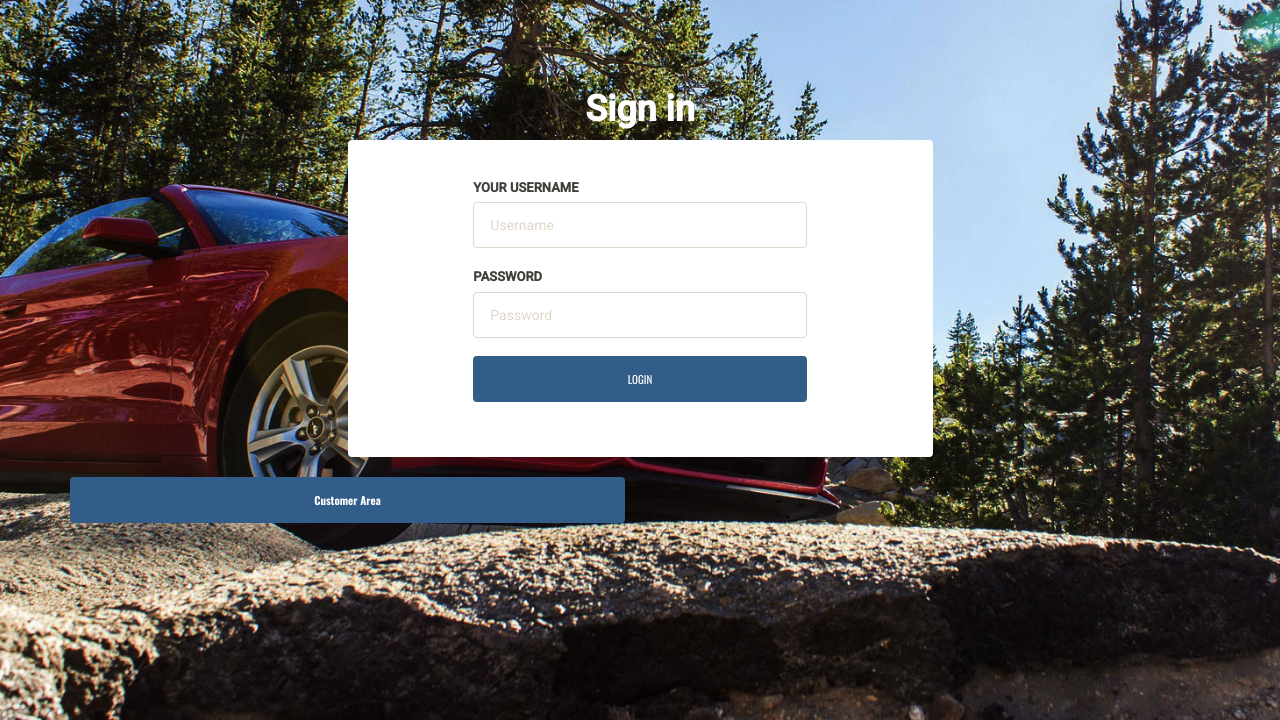
Repository: vincent254-hub/OCHMIS
Page: http://localhost/admin/
These files come from the project's save history. The page is drawn as it stood at one moment and after the next save; the edit follows.
The browser window is 1280 px wide. The pictures show the whole page.
The page is run by PHP 8.4 with error messages shown; the project is at /var/www/html/.

Above is the page before, as saved 2024-04-24 18:31:41.

After the next save:
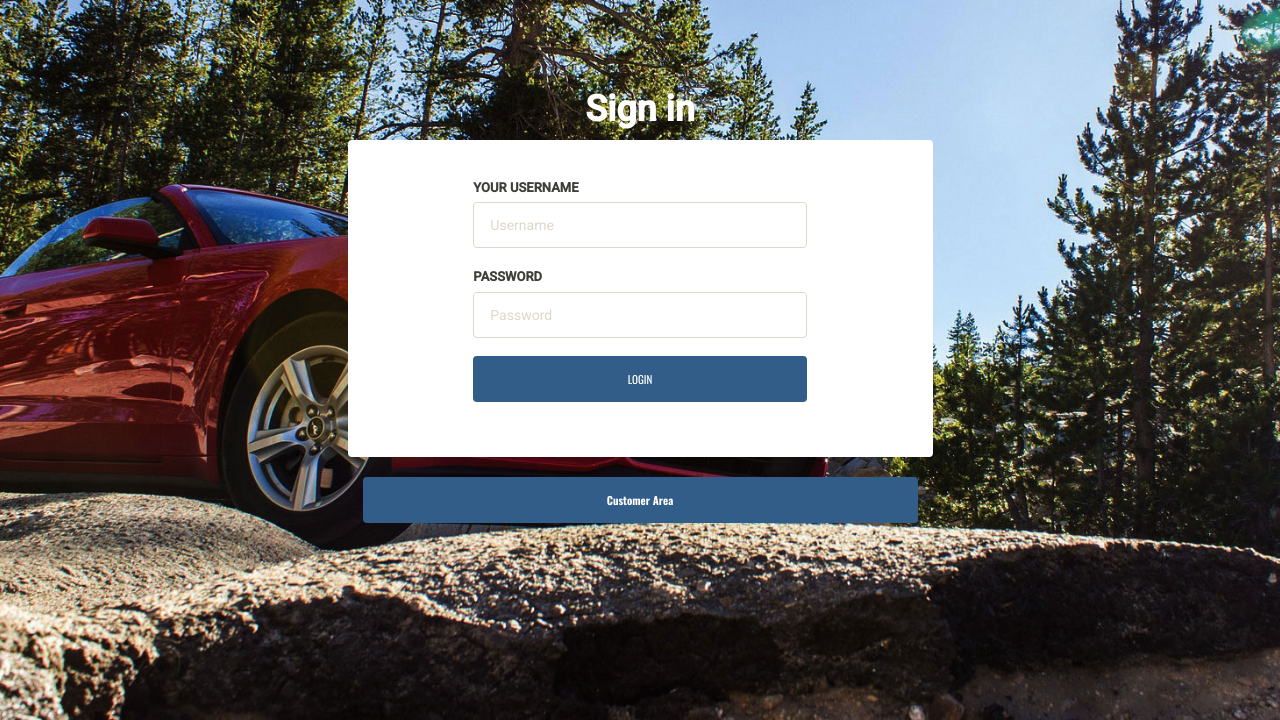
Saved 20 s later.
--- a/admin/index.php
+++ b/admin/index.php
@@ -73,7 +73,7 @@ echo "<script type='text/javascript'> document.location = 'dashboard.php'; </scr
 						</div>
 					</div>
 
-					<div class="col-md-6">
+					<div class="col-md-6 col-md-offset-3">
 						<a href="../index.php" class="text-light text-center text-bold mt-4 mx-auto btn btn-block btn-primary">Customer Area</a>
 					</div>
 				</div>
